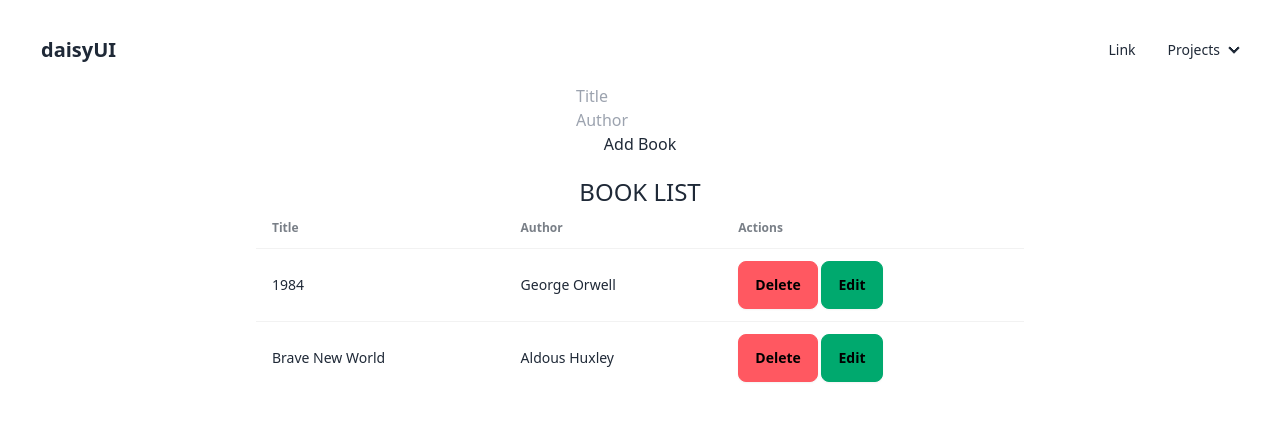
Repository: sibi24sibi/Crud-app-svelte
Page: /
An editor plug-in stored every save of this project. The page is shown before and after the next save, followed by the edit.
The browser window is 1280 px wide. The pictures show the whole page.
The project was rebuilt for these pictures with package versions that can differ from the ones it lists, and the page was loaded fresh each time. Also part of the build but not shown: svelte.config.js, vite.config.js.

Above is the page before, as saved 2024-06-30 19:04:00.

### index.html
<!doctype html>
<html lang="en" data-theme="light">
  <head>
    <meta charset="UTF-8" />
    <link rel="icon" type="image/svg+xml" href="/vite.svg" />
    <meta name="viewport" content="width=device-width, initial-scale=1.0" />
    <title>Vite + Svelte</title>
  </head>
  <body>
    <div id="app"></div>
    <script type="module" src="/src/main.js"></script>
  </body>
</html>

### src/App.svelte
<script>
  import Navbar from "./Components/Navbar.svelte";

  import AddBook from "./Components/AddBook.svelte";
  import BookList from "./Components/BookList.svelte";
</script>

<main>
  <Navbar />

  <AddBook />
  <BookList />
</main>

<style>
  main {
    text-align: center;
    padding: 1em;
    margin: 0 auto;
  }
</style>

### src/Components/Navbar.svelte
<script></script>

<body>
  <div class="navbar bg-base-100">
    <div class="flex-1">
      <a class="btn btn-ghost text-xl">daisyUI</a>
    </div>
    <div class="flex-none">
      <ul class="menu menu-horizontal px-1">
        <li><a>Link</a></li>
        <li>
          <details>
            <summary>Projects</summary>
            <ul class="bg-base-100 rounded-t-none p-2">
              <li><a>Video player</a></li>
              <li><a>data entry</a></li>
            </ul>
          </details>
        </li>
      </ul>
    </div>
  </div>
</body>

<style>
</style>

### src/Components/AddBook.svelte
<script>
  import { books } from "./BookStore.js";
  let title = "";
  let author = "";

  function addBook() {
    books.update((items) => [
      ...items,
      { id: items.length ? items[items.length - 1].id + 1 : 1, title, author },
    ]);
    title = "";
    author = "";
  }
</script>

<div class="flex flex-col mx-auto w-32">
  <input placeholder="Title" bind:value={title} />
  <input placeholder="Author" bind:value={author} />
  <button on:click={addBook}>Add Book</button>
</div>

### src/Components/BookList.svelte
<script>
  import { books } from "./BookStore.js";
  let editableBook = null;

  function deleteBook(id) {
    books.update((items) => items.filter((item) => item.id !== id));
  }

  function editBook(book) {
    editableBook = { ...book };
  }

  function saveEdit() {
    books.update((items) =>
      items.map((item) => (item.id === editableBook.id ? editableBook : item))
    );
    editableBook = null;
  }
</script>

<div class="overflow-x-auto max-w-3xl mx-auto my-5">
  <h1 class="text-2xl uppercase">Book List</h1>
  <table class="table">
    <thead>
      <tr>
        <th>Title</th>
        <th>Author</th>
        <th>Actions</th>
      </tr>
    </thead>
    <tbody>
      {#each $books as book}
        <tr>
          {#if editableBook && editableBook.id === book.id}
            <td
              ><input
                class="input input-bordered"
                bind:value={editableBook.title}
              /></td
            >

            <td>
              <input
                class="input input-bordered"
                bind:value={editableBook.author}
              /></td
            >
            <td>
              <button class="btn btn-primary" on:click={saveEdit}>Save</button
              ></td
            >
          {:else}
            <td>{book.title} </td> <td> {book.author} </td>
            <td
              ><button
                class="btn btn-error"
                on:click={() => deleteBook(book.id)}>Delete</button
              >
              <button class="btn btn-success" on:click={() => editBook(book)}
                >Edit</button
              ></td
            >
          {/if}
        </tr>
      {/each}
    </tbody>
  </table>
</div>

### src/Components/BookStore.js
import { writable } from "svelte/store";

export const books = writable([
  { id: 1, title: "1984", author: "George Orwell" },
  { id: 2, title: "Brave New World", author: "Aldous Huxley" },
]);

### tailwind.config.js
/** @type {import('tailwindcss').Config} */
export default {
  content: ["./index.html", "./src/**/*.{svelte,js,ts,jsx,tsx}"],
  theme: {
    extend: {},
  },
  plugins: [require("daisyui")],
};

Loaded but not shown: src/main.js (common file); src/app.css (common file)

After the next save:
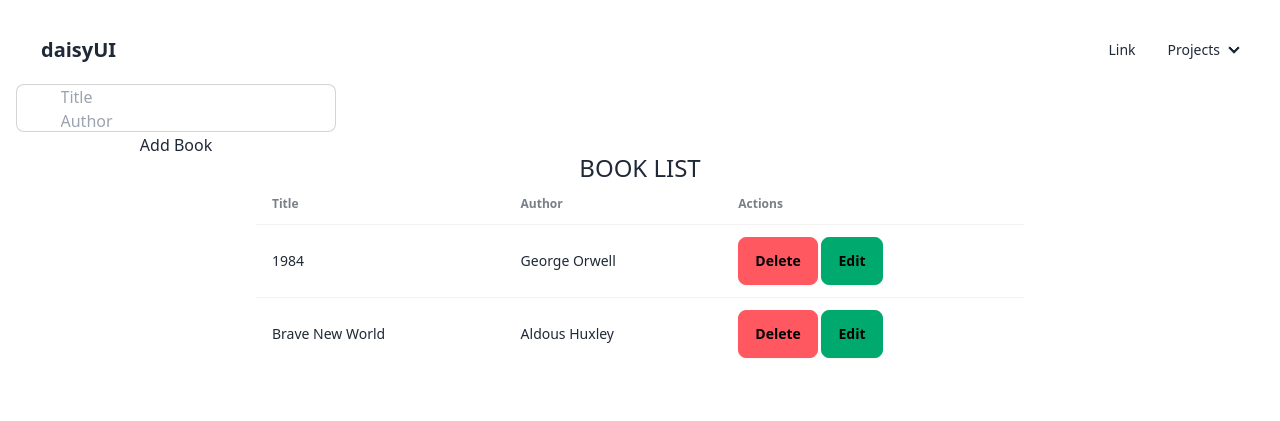
Saved 55 s later.
--- a/src/Components/AddBook.svelte
+++ b/src/Components/AddBook.svelte
@@ -13,7 +13,7 @@
   }
 </script>
 
-<div class="flex flex-col mx-auto w-32">
+<div class="input input-bordered w-full max-w-xs">
   <input placeholder="Title" bind:value={title} />
   <input placeholder="Author" bind:value={author} />
   <button on:click={addBook}>Add Book</button>
